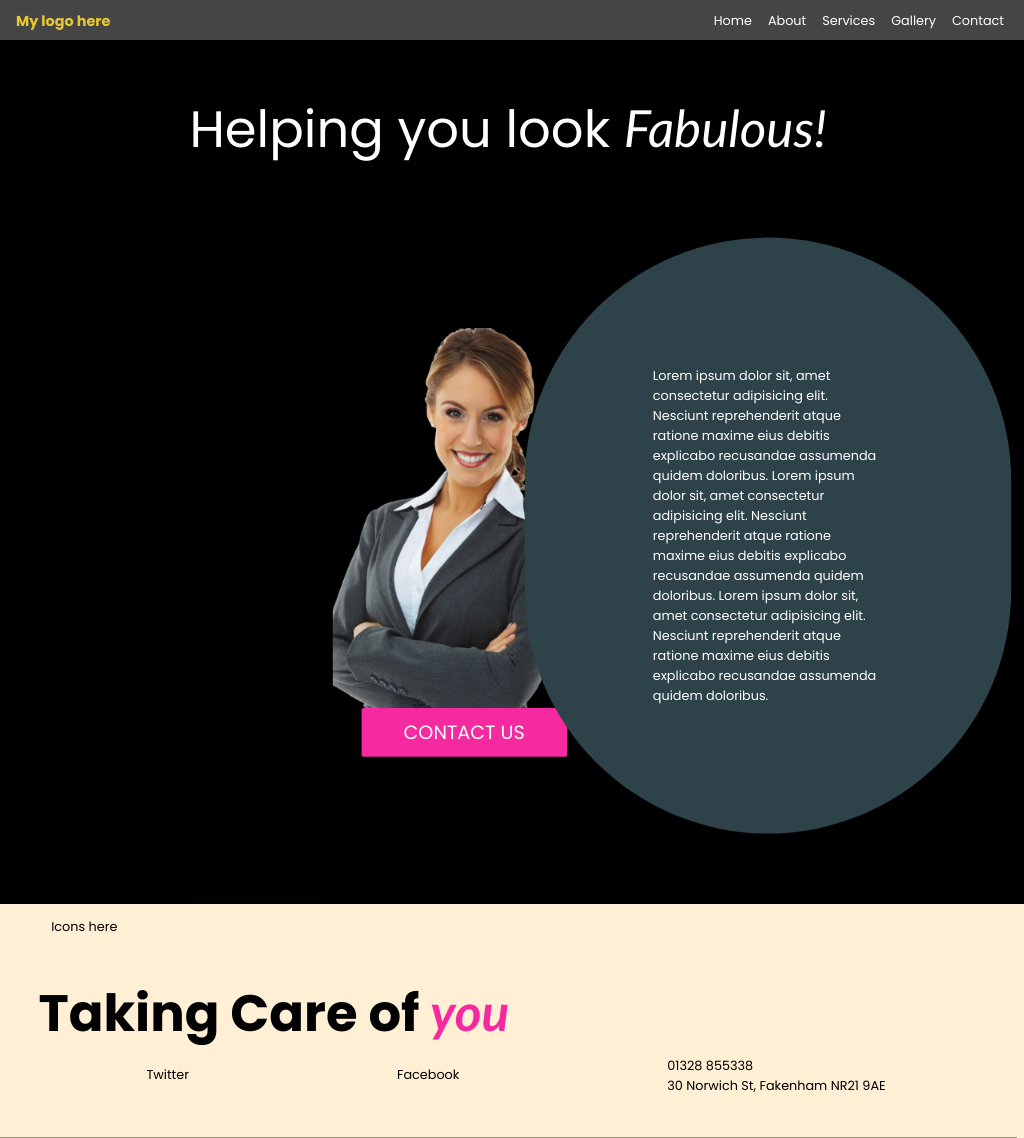
Repository: buzzedison/gardens
Page: index.html
These files come from the project's save history. The page is drawn as it stood at one moment and after the next save; the edit follows.
The browser window is 1280 px wide. The pictures show the whole page, at 80% of full size.

Above is the page before, as saved 2022-01-13 09:49:10.

After the next save:
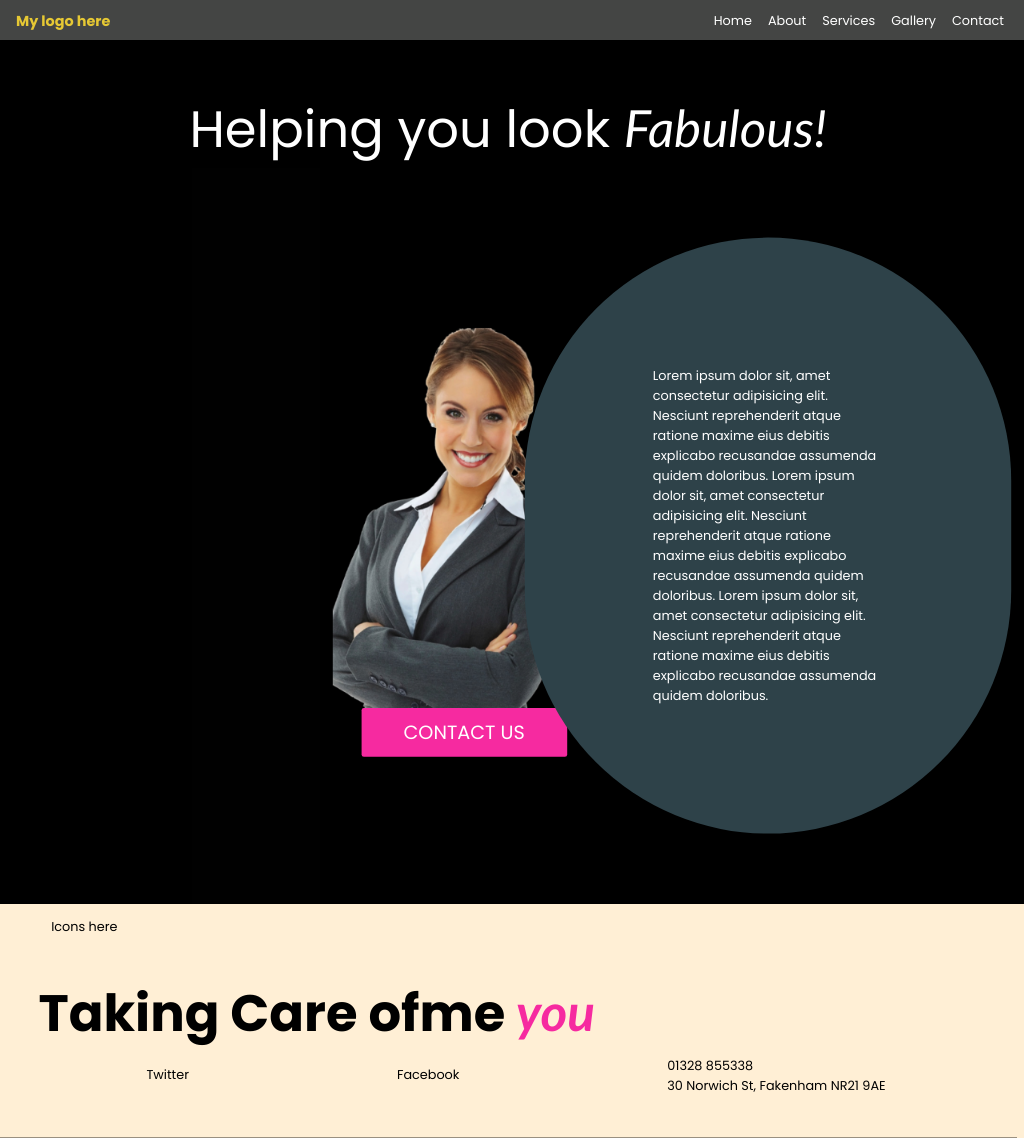
Saved 19 min 52 s later.
--- a/index.html
+++ b/index.html
@@ -77,7 +77,7 @@
             <div class="gridnew">
 
                 <div>
-                    <h3 class="take"> Taking Care of <span class="you">you</span> </h3>
+                    <h3 class="take"> Taking Care ofme <span class="you">you</span> </h3>
                 </div>
 
                 <div class="gridnewb">
